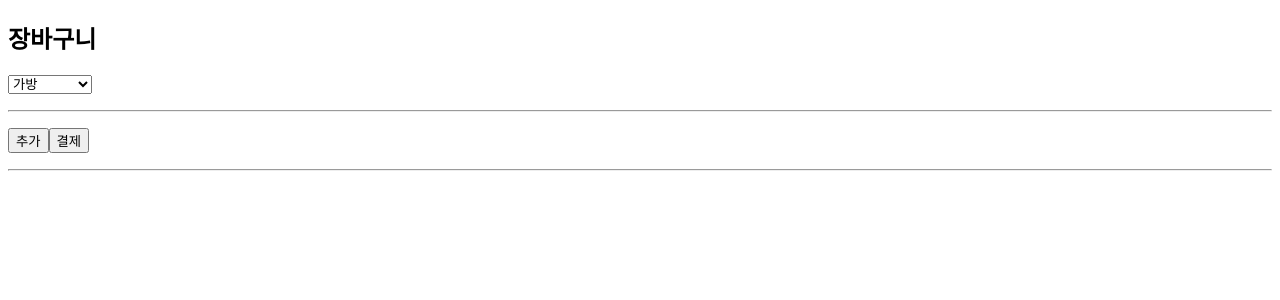
Repository: Blair-Kim/JSP
Page: http://localhost/Day2/7_basket.jsp
An editor plug-in stored every save of this project. The page is shown before and after a run of saves, followed by the edit.
The browser window is 1280 px wide. The pictures show the whole page.
The page is served by Tomcat 9.

Above is the page before, as saved 2022-01-13 04:36:29.

After the next 2 saves:
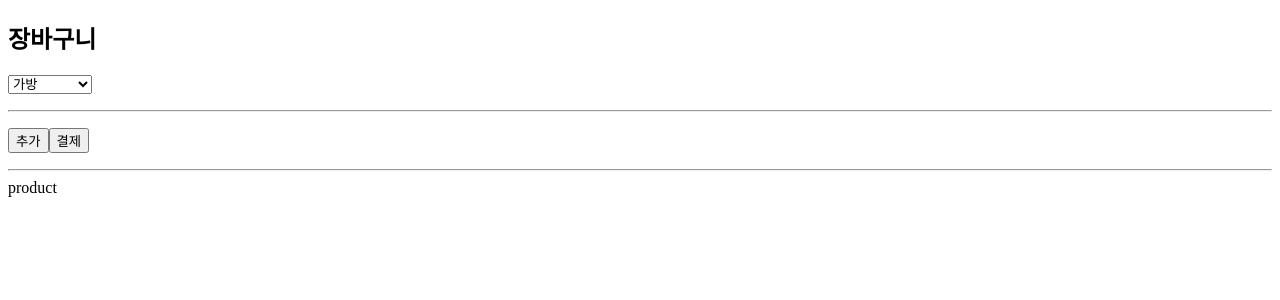
The 2 saves are shown as one change because 1 did not build or start.
The last was saved 76 s later.
--- a/Day2/WebContent/7_basket.jsp
+++ b/Day2/WebContent/7_basket.jsp
@@ -27,6 +27,7 @@
 	<%
 		request.setCharacterEncoding("UTF-8");
 		session.getAttribute("productList");
+		out.println("product");
 	%>
 	</form>
 </body>
